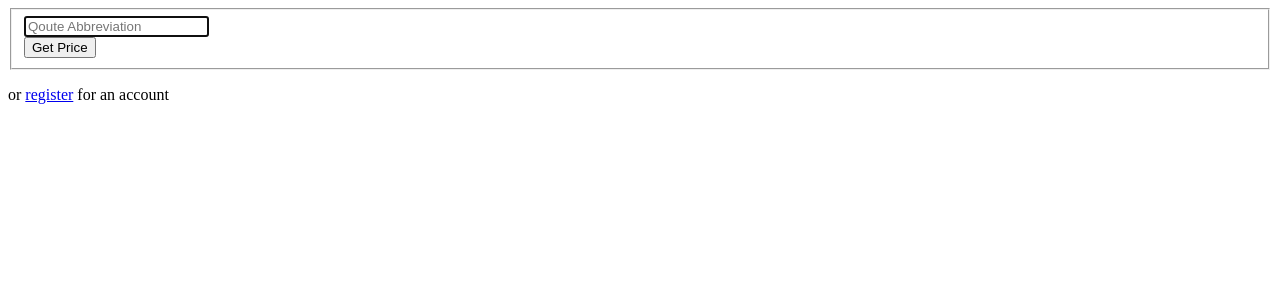
Repository: scknkrbg/cs50
Page: http://localhost/pset7/pset7/views/quote_form.php
The author's editor kept a record of every edit. The page is drawn from the files as they stood at one moment, then again after the next edit.
The browser window is 1280 px wide. The pictures show the whole page.
The page is run by PHP 8.4 with error messages shown; the project is at /var/www/html/.

Above is the page before.

After the next edit:
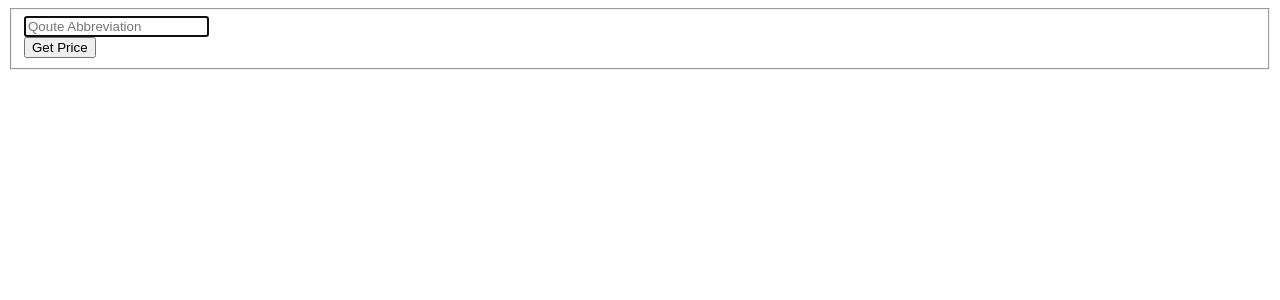
The edit:
--- a/pset7/pset7/views/quote_form.php
+++ b/pset7/pset7/views/quote_form.php
@@ -14,6 +14,6 @@
         </div>
     </fieldset>
 </form>
-<div>
-    or <a href="register.php">register</a> for an account
-</div>
+<!--<div>-->
+<!--    or <a href="register.php">register</a> for an account-->
+<!--</div>-->
